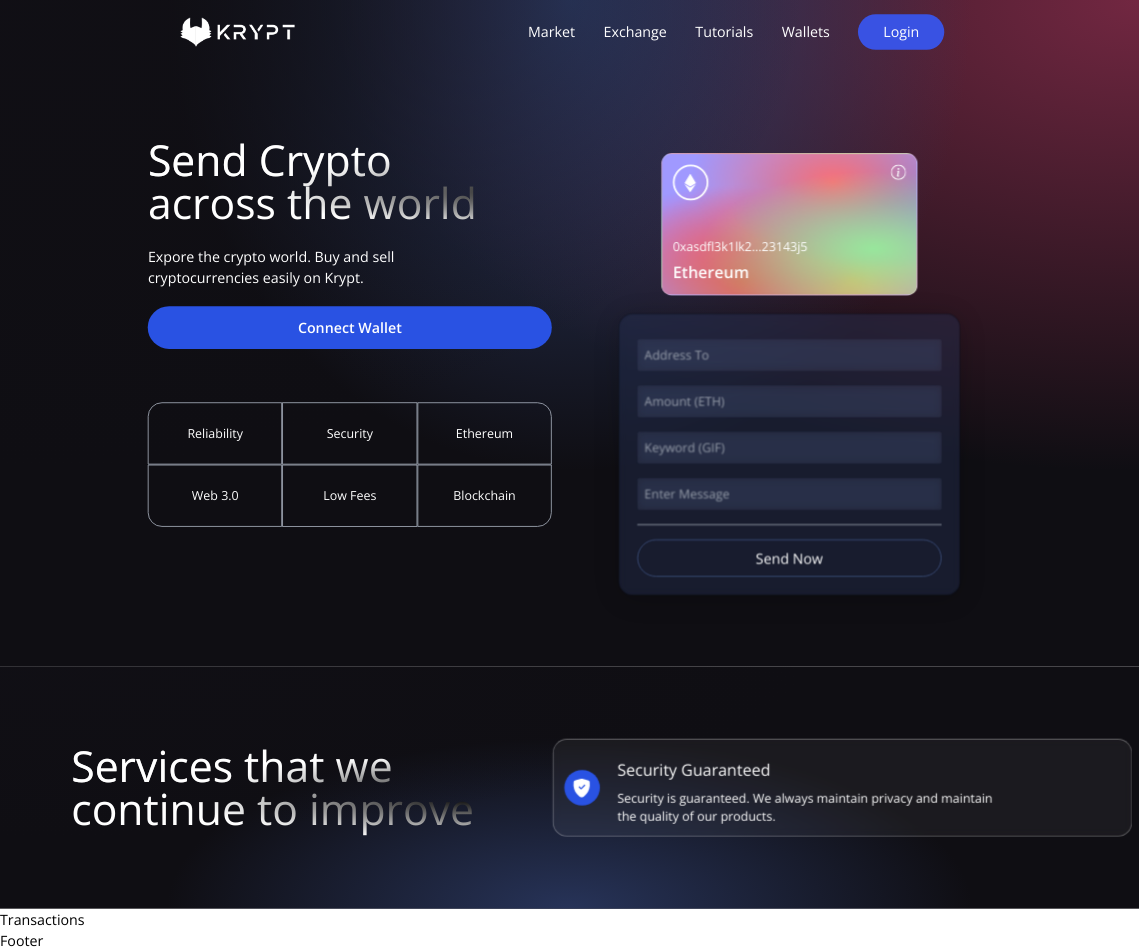
Repository: stephan-chiorean/krypt
Page: / (app in client/)
These files come from the project's save history. The page is drawn as it stood at one moment and after the next save; the edit follows.
The browser window is 1280 px wide. The pictures show the whole page, at 89% of full size.
The project was rebuilt for these pictures with package versions that can differ from the ones it lists, and the page was loaded fresh each time. Also part of the build but not shown: client/vite.config.js, client/src/components/Loader.jsx.

Above is the page before, as saved 2023-03-29 19:15:21.

### client/src/main.jsx
import React from 'react'
import ReactDOM from 'react-dom/client'
import App from './App'
import {TransactionProvider} from './context/TransactionContext';
import './index.css'

ReactDOM.createRoot(document.getElementById('root')).render(
  <TransactionProvider>
  <React.StrictMode>
    <App />
  </React.StrictMode>
  </TransactionProvider>,
)

### client/src/App.jsx
import {Navbar, Welcome, Footer, Services, Transactions} from './components';

const App = () => {

  return (
    <div className="min-h-screen">
      <div className="gradient-bg-welcome">
        <Navbar/>
        <Welcome/>
      </div>
      <Services/>
      <Transactions/>
      <Footer/>
    </div>
  )
}

export default App

### client/src/context/TransactionContext.jsx
import React, { useState, useEffect } from 'react';
import * as ethers from 'ethers';
import { contractABI, contractAddress } from '../utils/constants';

export const TransactionContext = React.createContext();

const { ethereum } = window;

const getEthereumContract = () => {
    console.log(ethers)
  const provider = new ethers.providers.Web3Provider(ethereum);
  const signer = provider.getSigner();
  const transactionContract = new ethers.Contract(
    contractAddress,
    contractABI,
    signer
  );

  return transactionContract;

//   console.log({
//     provider,
//     signer,
//     transactionContract,
//   });
};

export const TransactionProvider = ({ children }) => {
  const [connectedAccount, setConnectedAccount] = useState('');
  const [formData, setFormData] = useState({ addressTo: '', amount: 0, keyword: '', message: ''});
  const [isLoading, setIsLoading] = useState(false);
  const [transactionCount, setTransactionCount] = useState(localStorage.getItem('transactionCount'));

  const handleChange = (e, name) => {
    setFormData((prevState) => ({...prevState, [name]: e.target.value}));
  }

  const checkIfWalletIsConnected = async () => {
    try {
      if (!ethereum) return alert('Please install metamask');

      const accounts = await ethereum.request({ method: 'eth_accounts' });
      if (accounts.length) {
        setConnectedAccount(accounts[0]);
      } else {
        console.log('No accounts found');
      }
      console.log(accounts);
    } catch (err) {
      console.error(err);
      throw new Error('No ethereum object');
    }
  };

  const connectWallet = async () => {
    try {
      if (!ethereum) return alert('Please install metamask');

      const accounts = await ethereum.request({
        method: 'eth_requestAccounts',
      });

      setConnectedAccount(accounts[0]);
      console.log('CONNECTED', connectedAccount);
    } catch (err) {
      console.error(err);
      throw new Error('No ethereum object.');
    }
  };

  const sendTransaction = async() => {
    try {
        if(!ethereum) return alert("Please install metamask");
        const {addressTo, amount, keyword, message} = formData;
        const transactionContract = getEthereumContract();
        const parsedAmount = ethers.utils.parseEther(amount);

        await ethereum.request({
            method: 'eth_sendTransaction',
            params: [{
                from: connectedAccount,
                to: addressTo,
                gas: '0x5208', //21000 gwei
                value: parsedAmount._hex,
            }]
        })

        const transactionHash = await transactionContract.addToBlockchain(addressTo, parsedAmount, message, keyword);
        setIsLoading(true);
        console.log(`Loading - ${transactionHash.hash}`);
        await transactionHash.wait();
        setIsLoading(false);
        console.log(`Success - ${transactionHash.hash}`)

        const transactionCount = await transactionContract.getTransactionCount();
        setTransactionCount(transactionCount.toNumber())


    } catch(err) {
        console.error(err);
    }
  }

  useEffect(() => {
    checkIfWalletIsConnected();
  }, []);
  return (
    <TransactionContext.Provider value={{ connectWallet, connectedAccount, formData, setFormData, handleChange, sendTransaction }}>
      {children}
    </TransactionContext.Provider>
  );
};

### client/src/components/index.js
export {default as Loader} from './Loader';
export {default as Navbar} from './Navbar';
export {default as Footer} from './Footer';
export {default as Welcome} from './Welcome';
export {default as Transactions} from './Transactions';
export {default as Services} from './Services';

### client/src/utils/constants.js
import abi from './Transactions.json';

export const contractABI = abi.abi;
export const contractAddress = '0x48d319b761e733246BF575C86d399bB8EDdA6dEf';

### client/src/components/Navbar.jsx
import { HiMenuAlt4 } from 'react-icons/hi';
import { AiOutlineClose } from 'react-icons/ai';
import { useState } from 'react';

import logo from '../../images/logo.png';

const NavbarItem = ({ title, classProps }) => {
  return <li className={`mx-4 cursor-pointer ${classProps}`}>{title}</li>;
};
export default () => {
  const [toggleMenu, setToggleMenu] = useState(false);
  return (
    <nav className='w-full flex md:justify-center justify-between items-center p-4'>
      <div className='md:flex-[0.5] flex-initial justify-center items-center'>
        <img src={logo} alt='logo' className='w-32 cursor-pointer' />
      </div>
      <ul className='text-white md:flex hidden list-none flex-row justify-between items-center flex-initial'>
        {['Market', 'Exchange', 'Tutorials', 'Wallets'].map((item, index) => (
          <NavbarItem key={item + index} title={item} />
        ))}
        <li className='bg-[#3952e3] py-2 px-7 mx-4 rounded-full cursor-pointer hover:bg-[#2546bd]'>
          Login
        </li>
      </ul>
      <div className='flex relative'>
        {toggleMenu ? (
          <AiOutlineClose
            fontSize={28}
            className='text-white md:hidden cursor-pointer'
            onClick={() => setToggleMenu(false)}
          />
        ) : (
          <HiMenuAlt4
            fontSize={28}
            className='text-white md:hidden cursor-pointer'
            onClick={() => setToggleMenu(true)}
          />
        )}
        {toggleMenu && (
          <ul className="z-10 fixed top-0 -right-2 p-3 w-[70vw] h-screen shadow-2xl md:hidden list-none flex flex-col justify-start items-end rounded-md blue-glassmorphism text-white animate-slide-in">
            <li className='text-xl w-full my-2'>
              <AiOutlineClose onClick={() => setToggleMenu(false)} className="cursor-pointer"/>
            </li>
            {['Market', 'Exchange', 'Tutorials', 'Wallets'].map(
              (item, index) => (
                <NavbarItem key={item + index} title={item} classProps="my-2 text-lg"/>
              )
            )}
          </ul>
        )}
      </div>
    </nav>
  );
};

### client/src/components/Footer.jsx
import React from 'react'

export default() => {
  return (
    <div>Footer</div>
  )
}

### client/src/components/Welcome.jsx
import { AiFillPlayCircle } from 'react-icons/ai';
import { SiEthereum } from 'react-icons/si';
import { BsInfoCircle } from 'react-icons/bs';
import { TransactionContext } from '../context/TransactionContext';
import React, { useContext } from 'react';
import { Loader } from './';
const commonStyles =
  'min-h-[70px] sm:px-0 px-2 sm:min-w-[120px] flex justify-center items-center border-[0.5px] border-gray-400 text-sm font-light text-white';

const Input = ({ placeholder, name, type, value, handleChange }) => (
  <input
    placeholder={placeholder}
    type={type}
    step='0.0001'
    value={value}
    onChange={(e) => handleChange(e, name)}
    className='my-2 w-full rounded-sm p-2 outline-none text-white border-none text-sm white-glassmorphism'
  />
);
export default () => {
  const {
    connectWallet,
    connectedAccount,
    formData,
    sendTransaction,
    handleChange,
  } = useContext(TransactionContext);
  const handleSubmit = (e) => {
    const { addressTo, amount, keyword, message } = formData;
    e.preventDefault();

    if (!addressTo || !amount || !keyword || !message) return;
    sendTransaction();
  };
  return (
    <div className='flex w-full justify-center items-center'>
      <div className='flex md:flex-row flex-col itesm-start justify-between md:p-20 py-12 px-4'>
        <div className='flex flex-1 justify-start flex-col md:mr-10'>
          <h1 className='text-3xl sm:text-5xl text-white text-gradient py-1'>
            Send Crypto <br /> across the world
          </h1>
          <p className='text-left mt-5 text-white font-light md:w-9/12 w-11/12 text-base'>
            Expore the crypto world. Buy and sell cryptocurrencies easily on
            Krypt.
          </p>
          {!connectedAccount && (
            <button
              type='button'
              onClick={connectWallet}
              className='flex flex-row justify-center items-center my-5 bg-[#2952e3] p-3 rounded-full cursor-pointer hover:bg-[#2546bd]'
            >
              <p className='text-white text-base font-semibold'>
                Connect Wallet
              </p>
            </button>
          )}

          <div className='grid sm:grid-cols-3 grid-cols-2 w-full mt-10'>
            <div className={`rounded-tl-2xl ${commonStyles}`}>Reliability</div>
            <div className={commonStyles}>Security</div>
            <div className={`sm:rounded-tr-2xl ${commonStyles}`}>Ethereum</div>
            <div className={`sm:rounded-bl-2xl ${commonStyles}`}>Web 3.0</div>
            <div className={commonStyles}>Low Fees</div>
            <div className={`rounded-br-2xl ${commonStyles}`}>Blockchain</div>
          </div>
        </div>

        <div className='flex flex-col flex-1 items-center justify-start w-full md:mt-0 mt-10'>
          <div className='p-3 justify-end items-start flex-col rounded-xl h-40 sm:w-72 w-full my-5 eth-card white-glassmorphism'>
            <div className='flex justify-between flex-col w-full h-full'>
              <div className='flex justify-between items-start'>
                <div className='w-10 h-10 rounded-full border-2 border-white flex justify-center items-center'>
                  <SiEthereum fontSize={21} color='#fff' />
                </div>
                <BsInfoCircle fontSize={17} color='#fff' />
              </div>
              <div>
                <p className='text-white font-light text-sm'>
                  0xasdfl3k1lk2...23143j5
                </p>
                <p className='text-white font-semibold text-lg mt-1'>
                  Ethereum
                </p>
              </div>
            </div>
          </div>

          <div className='p-5 sm:w-96 w-full flex flex-col justify-start items-center blue-glassmorphism'>
            <Input
              placeholder='Address To'
              name='addressTo'
              type='text'
              handleChange={handleChange}
            />
            <Input
              placeholder='Amount (ETH)'
              name='amount'
              type='number'
              handleChange={handleChange}
            />
            <Input
              placeholder='Keyword (GIF)'
              name='keyword'
              type='text'
              handleChange={handleChange}
            />
            <Input
              placeholder='Enter Message'
              name='message'
              type='text'
              handleChange={handleChange}
            />
            <div className='h-[1px] w-full bg-gray-400 my-2' />
            {false ? (
              <Loader />
            ) : (
              <button
                type='submit'
                onClick={handleSubmit}
                className='text-white w-full mt-2 border-[1px] p-2 border-[#3d4f7c] rounded-full cursor-pointer'
              >
                Send Now
              </button>
            )}
          </div>
        </div>
      </div>
    </div>
  );
};

### client/src/components/Transactions.jsx
import React from 'react'

export default() => {
  return (
    <div>Transactions</div>
  )
}

### client/src/components/Services.jsx
import React from 'react';
import { BsShieldFillCheck } from 'react-icons/bs';
import { BiSearchAlt } from 'react-icons/bi';
import { RiHeart2Fill } from 'react-icons/ri';

const ServiceCard = ({color, title, icon, subtitle}) => (
  <div className='flex flex-row justify-start items-center white-glassmorphism p-3 m-2 cursor-pointer hover:shadow-xl'>
    <div className={`w-10 h-10 rounded-full flex justify-center items-center ${color}`}>
      {icon}

    </div>
    <div className="ml-5 flex flex-col flex-1">
      <h1 className="mt-2 text-white text-lg">{title}</h1>
      <p className="mt-2 text-white text-sm md:w-9/12">{subtitle}</p>
    </div>
  </div>
);
export default () => {
  return (
    <div className='flex w-full justify-center items-center gradient-bg-services'>
      <div className='flex md:flex-row flex-col items-center justify-between md:p-20 py-12 px-4'>
        <div className='flex-1 flex flex-col justify-start items-start'>
          <h1 className='text-white text-3xl sm:text-5xl py-2 text-gradient'>
            Services that we
            <br />
            continue to improve
          </h1>
        </div>
      </div>
      <div className='flex-1 flex flex-col justify-start items-center'>
        <ServiceCard
          color='bg-[#2952e3]'
          title='Security Guaranteed'
          icon={<BsShieldFillCheck fontSize={21} className='text-white' />}
          subtitle="Security is guaranteed. We always maintain privacy and maintain the quality of our products."
        />
      </div>
    </div>
  );
};

Loaded but not shown: client/index.html (common file); client/src/index.css (common file); client/tailwind.config.js (common file); client/src/utils/Transactions.json (140 lines, source omitted)

After the next save:
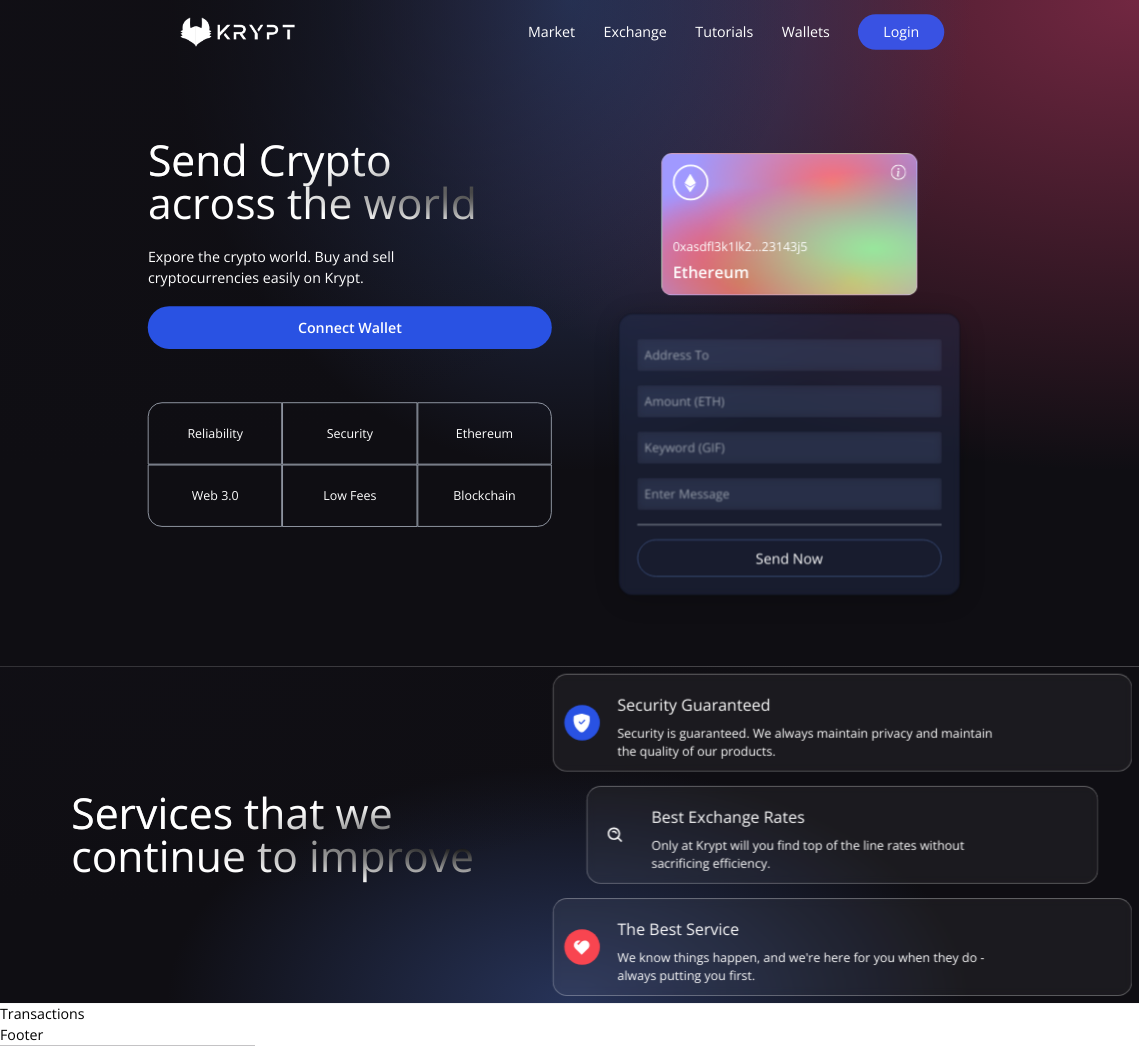
Saved 3 min 3 s later.
--- a/client/src/components/Services.jsx
+++ b/client/src/components/Services.jsx
@@ -34,6 +34,18 @@ export default () => {
           icon={<BsShieldFillCheck fontSize={21} className='text-white' />}
           subtitle="Security is guaranteed. We always maintain privacy and maintain the quality of our products."
         />
+        <ServiceCard
+          color='bg-[#89845f8]'
+          title='Best Exchange Rates'
+          icon={<BiSearchAlt fontSize={21} className='text-white' />}
+          subtitle="Only at Krypt will you find top of the line rates without sacrificing efficiency."
+        />
+        <ServiceCard
+          color='bg-[#f84550]'
+          title='The Best Service'
+          icon={<RiHeart2Fill fontSize={21} className='text-white' />}
+          subtitle="We know things happen, and we're here for you when they do - always putting you first."
+        />
       </div>
     </div>
   );
